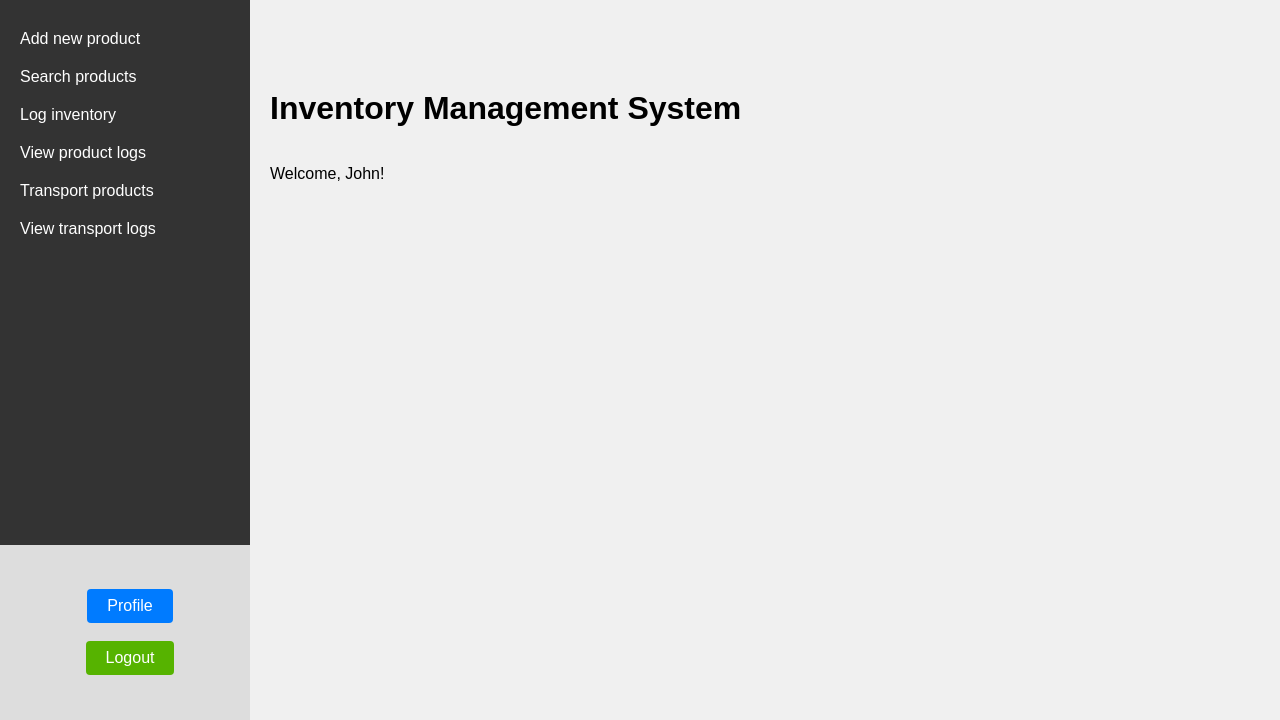
Repository: Warspinix/Flask-Web-Applications
Page: http://localhost/dashboard
An editor plug-in stored every save of this project. The page is shown before and after the next save, followed by the edit.
The browser window is 1280 px wide. The pictures show the whole page.
The pointer rests on the first visible `.profile-logout a.btn-danger`.
The page is served by the project's application, run on Flask 3 (app.py). The session is filled in as if someone had signed in: {"user_id": 1, "first_name": "John"}.

Above is the page before, as saved 2024-06-13 22:37:00.

After the next save:
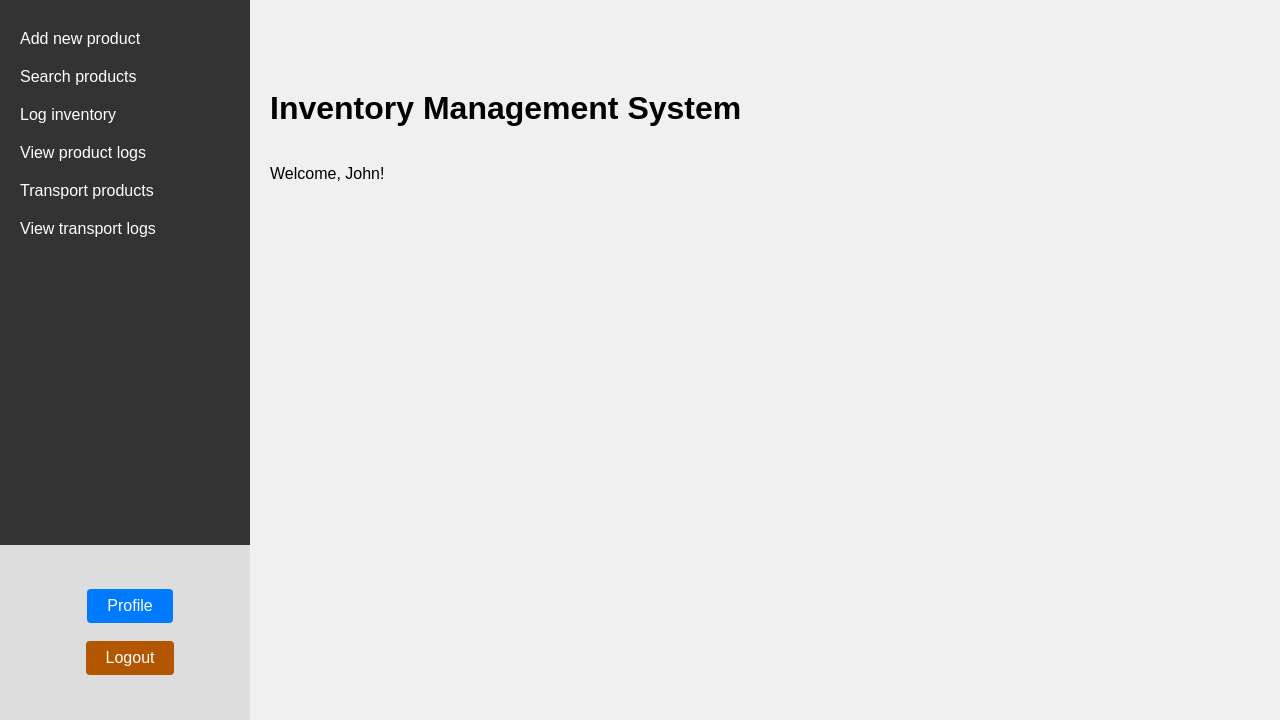
Saved 10 s later.
--- a/static/style.css
+++ b/static/style.css
@@ -115,7 +115,7 @@ h1 {
 }
 
 .profile-logout a.btn-danger:hover {
-    background-color: #56b300;
+    background-color: #b35600;
 }
 
 
